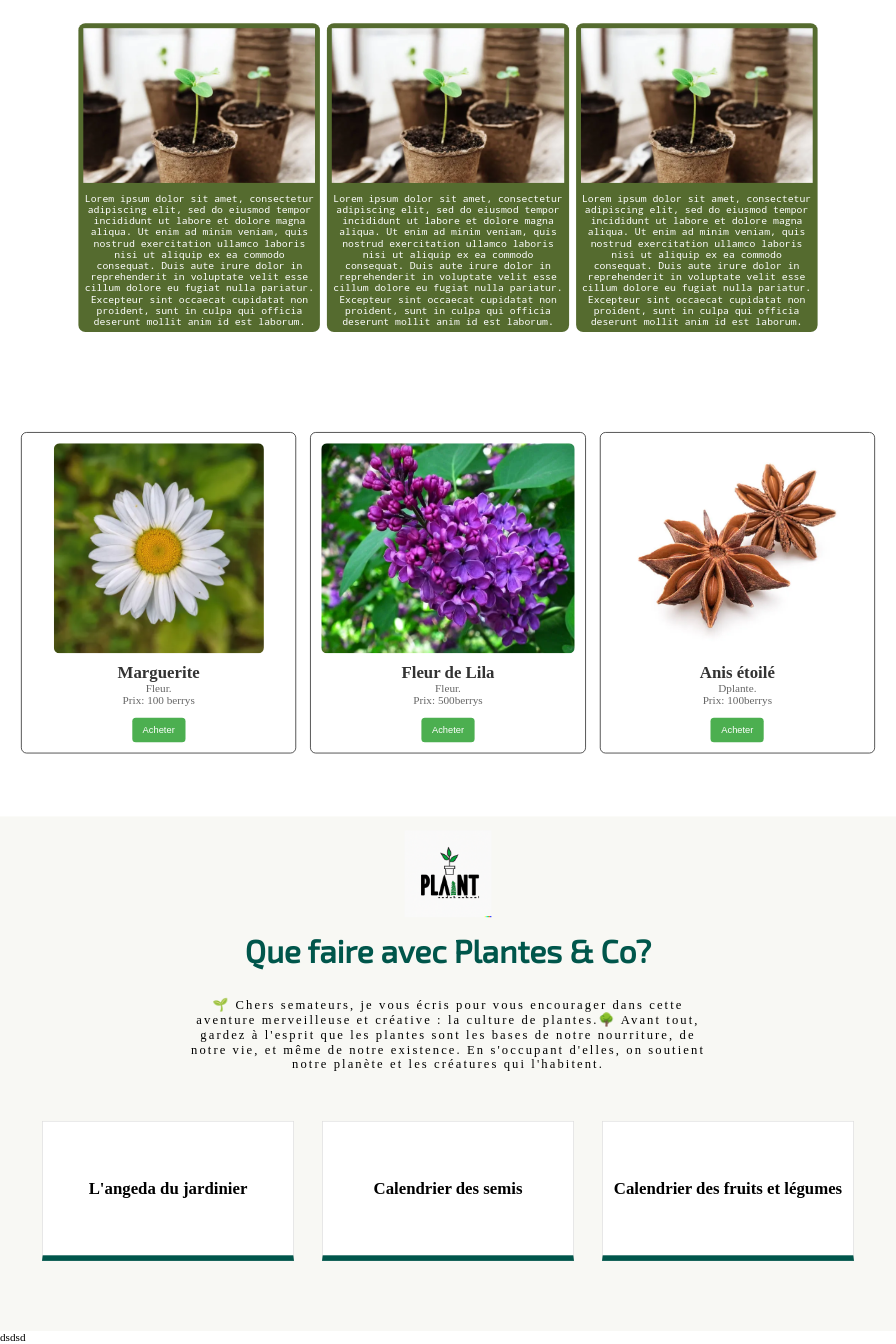
Repository: Flexo874/ISITECH-HTML-CSS
Page: index.html
An editor plug-in stored every save of this project. The page is shown before and after the next save, followed by the edit.
The browser window is 1280 px wide. The pictures show the part of the page from y = 895 to 2815 px (the page is 2815 px tall), at 70% of full size.

Above is the page before, as saved 2024-01-03 13:53:09.

### index.html
<!DOCTYPE html>
<html>
<head>
    <title>Plantes & Co</title>
     <link rel="stylesheet" type="text/css" href="./style.css">
     <link rel="stylesheet" type="text/css" href="./instructions.css">
     <link rel="preconnect" href="https://fonts.googleapis.com">
     <link rel="preconnect" href="https://fonts.gstatic.com" crossorigin>
     <link href="https://fonts.googleapis.com/css2?family=Exo+2&display=swap" rel="stylesheet">
</head>
<body>
    <ul>
        <li><a href="#home">Home</a></li>
        <li><a href="#news">News</a></li>
        <li><a href="#contact">Contact</a></li>
        <li><a href="#about">About</a></li>
    </ul>


    <div class="plant-img">
        <img src="images/Step-8-If-You-Want-You-Can-Train-Your-Cannabis-Plants-To-Increase-Yield.webp">
    </div>

    <h1 > Best Sellers</h1>



    <div class="container">

            <div class="item">
                <a>
                <img src="images/semis-prêt-à-être-planté-dans-le-jardin.webp" alt="Logo">
                <p>Lorem ipsum dolor sit amet, consectetur adipiscing elit, sed do eiusmod tempor incididunt ut labore et dolore magna aliqua. Ut enim ad minim veniam, quis nostrud exercitation ullamco laboris nisi ut aliquip ex ea commodo consequat. Duis aute irure dolor in reprehenderit in voluptate velit esse cillum dolore eu fugiat nulla pariatur. Excepteur sint occaecat cupidatat non proident, sunt in culpa qui officia deserunt mollit anim id est laborum.</p>
                </a>
            </div>
            <div class="item">
                <a>
                <img src="images/semis-prêt-à-être-planté-dans-le-jardin.webp" alt="Logo">
                <p>Lorem ipsum dolor sit amet, consectetur adipiscing elit, sed do eiusmod tempor incididunt ut labore et dolore magna aliqua. Ut enim ad minim veniam, quis nostrud exercitation ullamco laboris nisi ut aliquip ex ea commodo consequat. Duis aute irure dolor in reprehenderit in voluptate velit esse cillum dolore eu fugiat nulla pariatur. Excepteur sint occaecat cupidatat non proident, sunt in culpa qui officia deserunt mollit anim id est laborum.</p>
                </a>
            </div>
            <div class="item">
                <a>
                <img src="images/semis-prêt-à-être-planté-dans-le-jardin.webp" alt="Logo">
                <p>Lorem ipsum dolor sit amet, consectetur adipiscing elit, sed do eiusmod tempor incididunt ut labore et dolore magna aliqua. Ut enim ad minim veniam, quis nostrud exercitation ullamco laboris nisi ut aliquip ex ea commodo consequat. Duis aute irure dolor in reprehenderit in voluptate velit esse cillum dolore eu fugiat nulla pariatur. Excepteur sint occaecat cupidatat non proident, sunt in culpa qui officia deserunt mollit anim id est laborum.</p>
                </a>
            </div>
    </div>

    <section class="produits">
        <!-- Produit 1 -->
        <div class="produit">
            <img src="images/Leucanthemum_vulgare.webp" alt="Produit 1">
            <h3>Marguerite</h3>
            <p>Fleur.</p>
            <p>Prix: 100 berrys</p>
            <button>Acheter</button>
        </div>
        <div class="produit">
            <img src="images/1676375528_249_Belle-signification-et-symbolisme-de-la-couleur-de-la-fleur.webp" alt="Produit 1">
            <h3>Fleur de Lila</h3>
            <p>Fleur.</p>
            <p>Prix: 500berrys </p>
            <button>Acheter</button>
        </div>
        <div class="produit">
            <img src="images/anis-étoilé-spice-de-fruits-et-de-graines-isolé-sur-fond-blanc.webp" alt="Produit 1">
            <h3>Anis étoilé</h3>
            <p>Dplante.</p>
            <p>Prix: 100berrys</p>
            <button>Acheter</button>
        </div>

    </section>


    <section class="instructions">
        <div class="logo">
        <img src="images/DALL·E 2024-01-03 10.05.32 - a simple logo for a plant shop.png" alt="Logo">
        </div>
        <div class="titre">
            <h2>Que faire avec Plantes & Co?</h2>
        </div>
        <div class="description">
            <p>🌱 Chers semateurs, je vous écris pour vous encourager dans cette aventure
                 merveilleuse et créative : la culture de plantes.🌳 Avant tout, gardez à l'esprit que les plantes sont les bases de notre nourriture, de notre vie, et même de notre existence. En s'occupant d'elles, on soutient notre planète et les créatures qui l'habitent.</p>
          </div>
        <div class="categories">
            <div class="calendar">
                <h3>L'angeda du jardinier</h3>
            </div>
            <div class="calendar">
                <h3>Calendrier des semis</h3>
            </div>
            <div class="calendar">
                <h3>Calendrier des fruits et légumes</h3>
            </div>
        </div>
    </section>

    <div class="ahaha">dsdsd</div>





</body>
</html>

### style.css
* {
  margin: 0;
  padding: 0;
}
ul {
  list-style-type: none;
  margin: 0;
  padding: 0;
  overflow: hidden;
  background-image: linear-gradient(
    109.6deg,
    rgba(61, 131, 97, 1) 11.2%,
    rgba(28, 103, 88, 1) 91.1%
  );
  display: flex;
  list-style: none;
  box-sizing: border-box;
  justify-content: center;
}

li {
  position: relative;
}

li a {
  display: block;
  color: white;
  text-align: center;
  padding: 18px 16px;
  text-decoration: none;
  font-size: 15px;
  transition: 0.4s ease-in-out;
  position: center;
  font-family: "Noto Mono", monospace;
}

li a:hover {
  background-color: #111;
  border-radius: 5px;
}

.plant-img img {
  width: 100%;
  height: 600px;
  object-fit: cover;
  overflow: hidden;
}

h1 {
  padding: 40px;
  padding-bottom: 0;
  margin-bottom: 0;
  margin-top: 60px;
  text-align: center;
  font-weight: bold;
  font-size: 60px;
}

.container {
  display: flex;
  grid-template-columns: repeat(3, 1fr);
  grid-auto-rows: minmax(300px, auto);
  gap: 10px;
  padding: 10px;
  margin-top: 0;
  margin: 8%;
  padding-top: 0;
}

.item {
  align-items: center;
  justify-content: center;
  border-radius: 10px;
  display: flex;
  justify-content: center;
  align-items: center;
  background-color: #556b2f;
}

.item a {
  margin: 7px;
}

.item a:hover {
  color: white;
}

.item img {
  max-width: 100%;
  height: auto;
}

.item p {
  margin-top: 10px;
  text-align: center;
  color: white;
  font-family: "Noto Mono", monospace;
  font-size: 14px;
}

.produits {
  display: flex;
  flex-wrap: wrap;
  justify-content: space-around;
  padding: 20px;
}

.produit {
  background-color: #fff;
  border: 1px solid #ddd;
  border-radius: 8px;
  border-color: #111;
  margin: 10px;
  padding: 15px;
  text-align: center;
  transition: transform 0.3s ease-in-out;
  width: calc(33.33% - 20px);
  box-sizing: border-box;


}

.produit:hover {
  transform: scale(1.05);
}

.produit img {
  max-width: 100%;
  height: 300px;
  border-radius: 8px;
}

.produit h3 {
  margin-top: 10px;
  font-size: 1.5em;
  color: #333;
}

.produit p {
  color: #666;
}

.produit button {
  background-color: #4caf50;
  color: #fff;
  padding: 10px 15px;
  border: none;
  border-radius: 5px;
  cursor: pointer;
  margin-top: 15px;
}

.produit button:hover {
  background-color: #45a049;
}

### instructions.css
.instructions{
    padding: 20px ;
    margin-top: 60px;
    background-color:#F8F8F4;

}

.logo{
    display: flex;
    justify-content: center;
    align-items:center;
}

.logo img {
    width: 10%;

}



 .titre {
  margin-top: 20px;
  text-align: center;
  font-weight: bold;
  color:#00564B;
  font-size: 30px;
  width: 100%;
}

.titre h2{
    font-family: 'Exo 2', sans-serif;
}

.description{
    display: flex;
    margin: 40px;
    text-align: center;
    margin-left: 20%;
    margin-right: 20%;
}

.description p{
    letter-spacing: 3px;
    font-size: 18px;

}


.categories{
    display: flex;
    flex-wrap: wrap;
    justify-content: space-around;
    padding: 20px;
    align-items: center;

    margin-top: 30px;
    margin-bottom: 50px;
}

.calendar{
    background-color: #fff;
  border: 1px solid #ddd;


  margin: 10px;
  padding: 15px;
  text-align: center;
  transition: transform 0.3s ease-in-out;
  width: calc(33.33% - 20px);
  box-sizing: border-box;
  height: 200px;
  width: 30%;
  display: flex;
  flex-direction: column;
  justify-content: space-around;
  border-bottom: solid 8px #00564B;
  transition: border 200ms ease-in-out;
  background-image: ;
}

.calendar:hover {
    border: solid 8px #00564B;
}

.calendar > h3 {
    font-size: 24px;

}

After the next save:
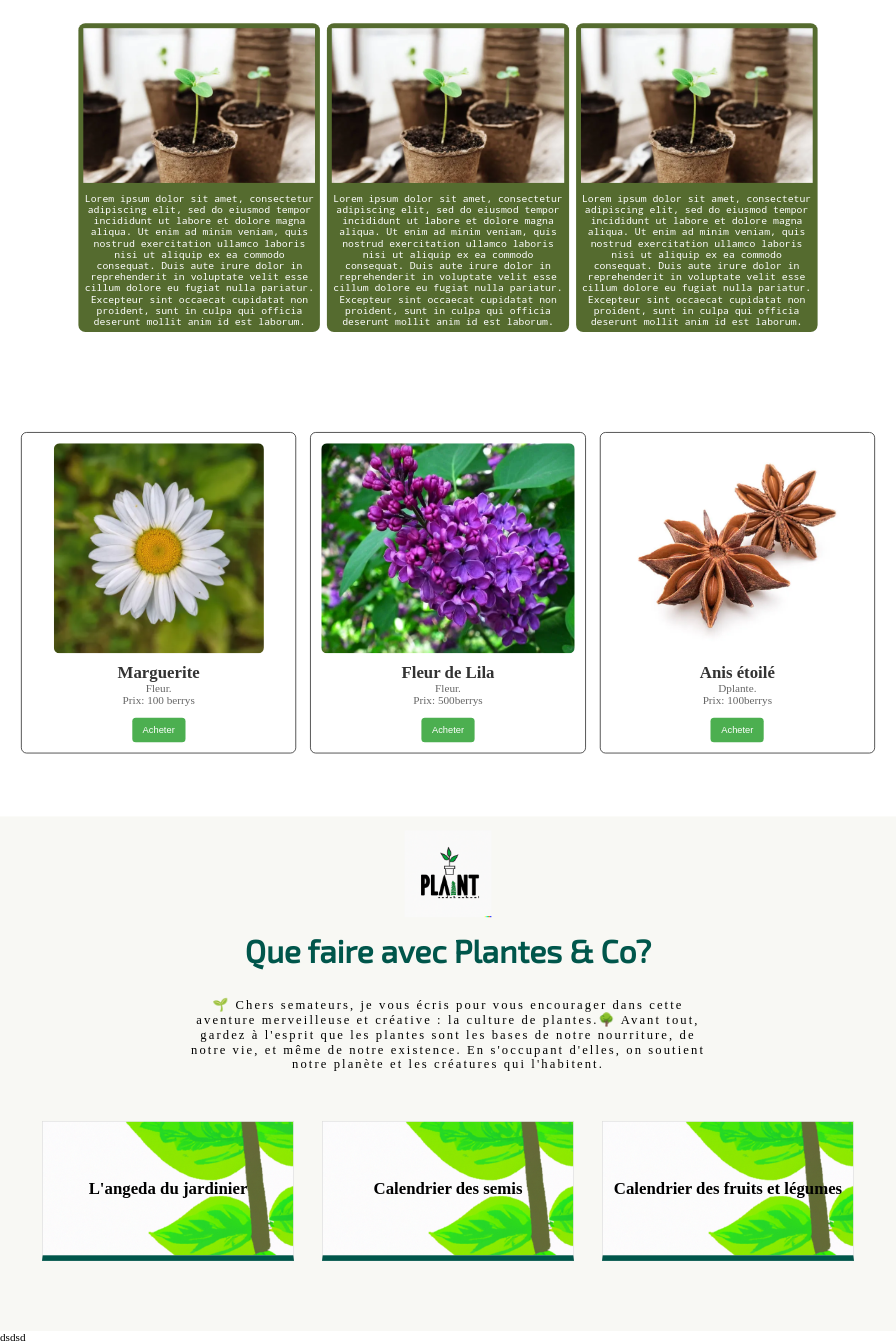
Saved 43 s later.
--- a/instructions.css
+++ b/instructions.css
@@ -75,7 +75,7 @@
   justify-content: space-around;
   border-bottom: solid 8px #00564B;
   transition: border 200ms ease-in-out;
-  background-image: ;
+  background-image: url(images/DALL·E\ 2024-01-03\ 13.51.08\ -\ backround\ of\ cartoon\ plants.png);
 }
 
 .calendar:hover {

After the save that followed:
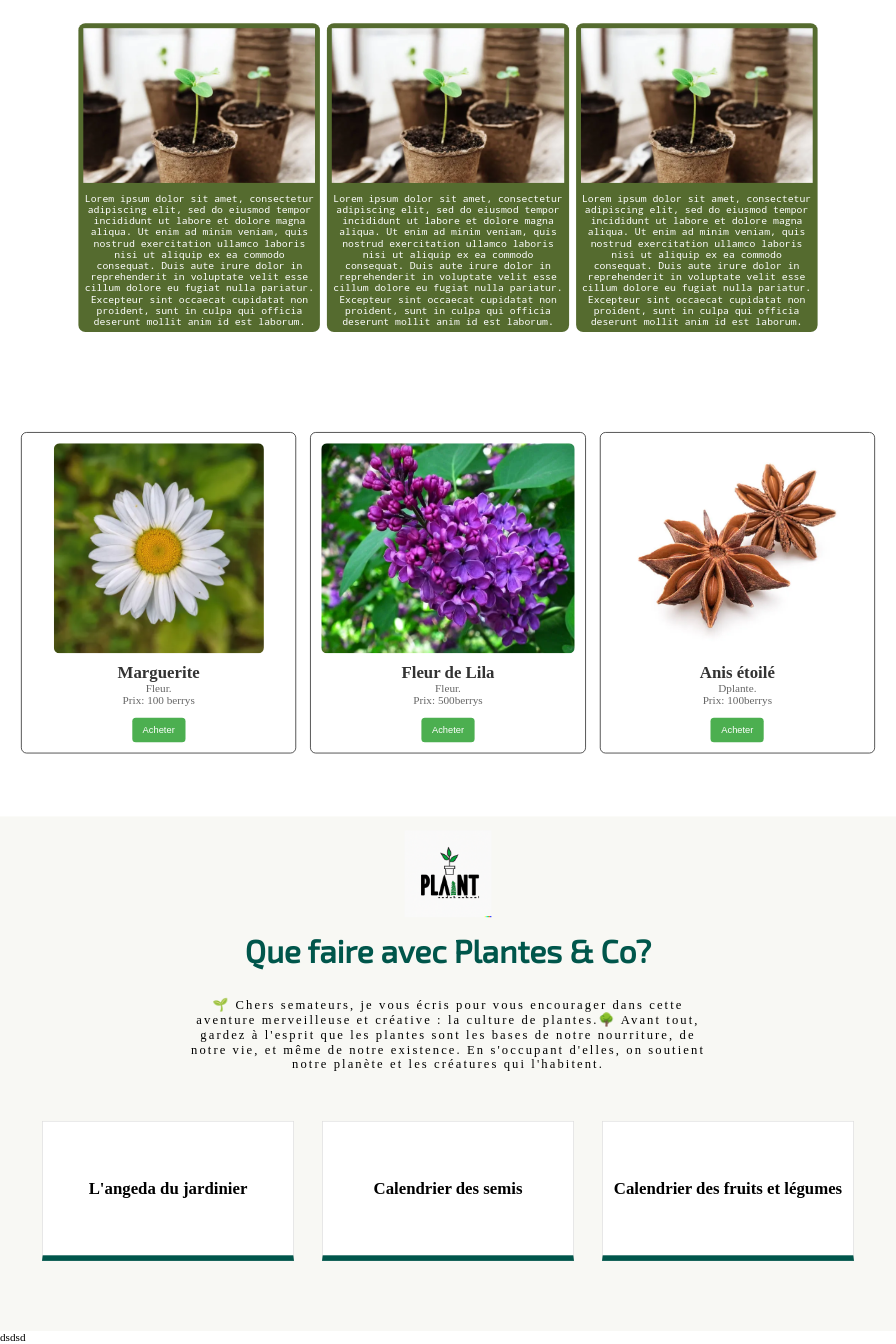
Saved 17 s later.
--- a/instructions.css
+++ b/instructions.css
@@ -75,7 +75,6 @@
   justify-content: space-around;
   border-bottom: solid 8px #00564B;
   transition: border 200ms ease-in-out;
-  background-image: url(images/DALL·E\ 2024-01-03\ 13.51.08\ -\ backround\ of\ cartoon\ plants.png);
 }
 
 .calendar:hover {
